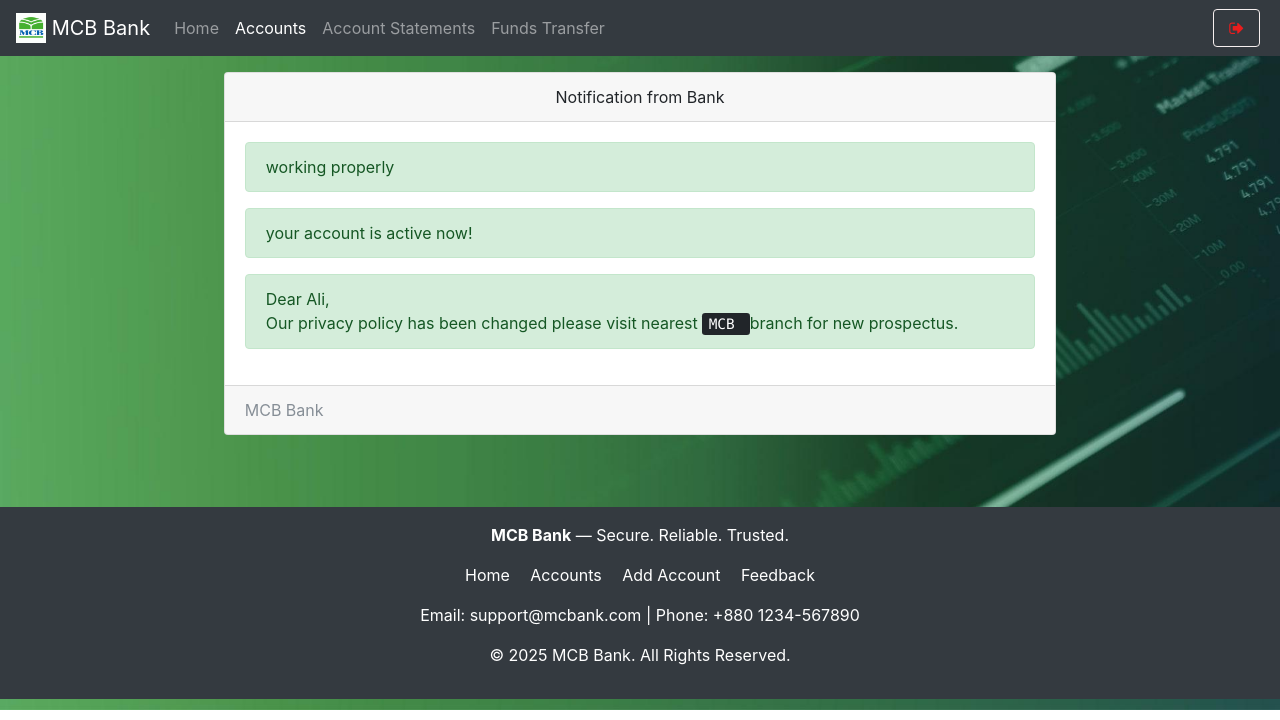
Repository: mhbshimla/my-bank
Page: http://localhost/notice.php
These files come from the project's save history. The page is drawn as it stood at one moment and after the next save; the edit follows.
The browser window is 1280 px wide. The pictures show the whole page.
The page is run by PHP 8.4 with error messages shown; the project is at /var/www/html/. The session is filled in as if someone had signed in: {"userId": 2, "user": {"id": 2, "email": "some2@gmail.com", "name": "Ali khan", "balance": 56000, "nid": "3210375555343", "number": "03356910260", "city": "Islamabad", "address": "Some where in isb", "source": "Programmer", "accountNo": 10054777, "branch": 1, "accountType": "Saving", "date": "2017-12-14 04:50:06"}, "cashId": 2, "managerId": 2}. Other server files are loaded and not shown. The database holds what the project's SQL file puts in it.

Above is the page before, as saved 2025-10-13 21:20:03.

### notice.php
<?php
session_start();
if(!isset($_SESSION['userId'])){ header('location:login.php');}
?>
<!DOCTYPE html>
<html>
<head>
  <title>Banking</title>
  <?php require 'assets/autoloader.php'; ?>
  <?php require 'assets/db.php'; ?>
  <?php require 'assets/function.php'; ?>
</head>
<body style="background: url('images/mdashboard-bg.jpg') no-repeat center center; background-size: cover;">
<nav class="navbar navbar-expand-lg navbar-dark bg-dark fixed-top">
 <a class="navbar-brand" href="#">
    <img src="images/logo.png" width="30" height="30" class="d-inline-block align-top" alt="">
   <!--  <i class="d-inline-block  fa fa-building fa-fw"></i> --><?php echo bankName; ?>
  </a>
  <button class="navbar-toggler" type="button" data-toggle="collapse" data-target="#navbarSupportedContent" aria-controls="navbarSupportedContent" aria-expanded="false" aria-label="Toggle navigation">
    <span class="navbar-toggler-icon"></span>
  </button>

  <div class="collapse navbar-collapse" id="navbarSupportedContent">
    <ul class="navbar-nav mr-auto">
      <li class="nav-item ">
        <a class="nav-link " href="index.php">Home <span class="sr-only">(current)</span></a>
      </li>
      <li class="nav-item active ">  <a class="nav-link" href="accounts.php">Accounts</a></li>
      <li class="nav-item ">  <a class="nav-link" href="statements.php">Account Statements</a></li>
      <li class="nav-item ">  <a class="nav-link" href="transfer.php">Funds Transfer</a></li>
      <!-- <li class="nav-item ">  <a class="nav-link" href="profile.php">Profile</a></li> -->


    </ul>
    <?php include 'sideButton.php'; ?>

  </div>
</nav><br><br><br>
<div class="container">
  <div class="card  w-75 mx-auto">
  <div class="card-header text-center">
    Notification from Bank
  </div>
  <div class="card-body">
    <?php
      $array = $con->query("select * from notice where userId = '$_SESSION[userId]' order by date desc");
      if ($array->num_rows > 0)
      {
        while ($row = $array->fetch_assoc())
        {
          echo "<div class='alert alert-success'>$row[notice]</div>";
        }
      }
      else
        echo "<div class='alert alert-info'>Notice box empty</div>";
     ?>
  </div>
  <div class="card-footer text-muted">
   <?php echo bankName ?>
  </div>
</div>
</div> <br> <br> <br>

<footer class="bg-dark text-white text-center py-3 mt-auto">
  <div class="container">
    <p><strong>MCB Bank</strong> — Secure. Reliable. Trusted.</p>
    <p>
      <a href="mindex.php" class="text-white mx-2">Home</a>
      <a href="maccounts.php" class="text-white mx-2">Accounts</a>
      <a href="maddnew.php" class="text-white mx-2">Add Account</a>
      <a href="mfeedback.php" class="text-white mx-2">Feedback</a>
    </p>
    <p>Email: support@mcbank.com | Phone: +880 1234-567890</p>
    <p>&copy; <?php echo date("Y"); ?> MCB Bank. All Rights Reserved.</p>
  </div>
</footer>
</body>
</html>

### assets/autoloader.php

<link rel="stylesheet" type="text/css" href="css/bootstrap.min.css">
<link rel="stylesheet" type="text/css" href="css/custom.css">
<link rel="stylesheet" type="text/css" href="font-awesome/css/font-awesome.min.css">
<script src='js/jquery-3.2.1.min.js'></script>
<script src='js/popper.min.js'></script>
<script src='js/bootstrap.min.js'></script>

### assets/db.php
<?php
if (session_status() === PHP_SESSION_NONE) {
    session_start();
}

// ✅ Auto-switch between localhost and InfinityFree
if (in_array($_SERVER['SERVER_NAME'], ['localhost', '127.0.0.1'])) {
    // Localhost (XAMPP/WAMP)
    $con = new mysqli('localhost', 'root', '', 'mybank');
} else {
    // InfinityFree (Live Hosting)
    $con = new mysqli('sql100.infinityfree.com', 'if0_40476525', 'banK12345', 'if0_40476525_mybank');
}

// ✅ Connection check
if ($con->connect_error) {
    die("Database connection failed: " . $con->connect_error);
}

// ✅ Bank name constant
define('bankName', 'MCB Bank');

// ✅ Fetch user data safely if logged in
$userData = null;
if (isset($_SESSION['userId'])) {
    $stmt = $con->prepare("
        SELECT *
        FROM userAccounts
        JOIN branch ON userAccounts.branch = branch.branchId
        WHERE userAccounts.id = ?
    ");
    if ($stmt) {
        $stmt->bind_param("i", $_SESSION['userId']);
        $stmt->execute();
        $result   = $stmt->get_result();
        $userData = $result->fetch_assoc();
        $stmt->close();
    }
}
?>
<!-- Tooltip initialization -->
<script type="text/javascript">
$(function () {
  $('[data-toggle="tooltip"]').tooltip();
});
</script>

### assets/function.php
<?php
function setBalance($amount,$process,$accountNo)
{
	$con = new mysqli('localhost','root','','mybank');
	$array = $con->query("select * from userAccounts where accountNo='$accountNo'");
	$row = $array->fetch_assoc();
	if ($process == 'credit')
	{
		$balance = $row['balance'] + $amount;
		return $con->query("update userAccounts set balance = '$balance' where accountNo = '$accountNo'");
	}else
	{
		$balance = $row['balance'] - $amount;
		return $con->query("update userAccounts set balance = '$balance' where accountNo = '$accountNo'");
	}
}
function setOtherBalance($amount,$process,$accountNo)
{
	$con = new mysqli('localhost','root','','mybank');
	$array = $con->query("select * from otheraccounts where accountNo='$accountNo'");
	$row = $array->fetch_assoc();
	if ($process == 'credit')
	{
		$balance = $row['balance'] + $amount;
		return $con->query("update otheraccounts set balance = '$balance' where accountNo = '$accountNo'");
	}else
	{
		$balance = $row['balance'] - $amount;
		return $con->query("update otheraccounts set balance = '$balance' where accountNo = '$accountNo'");
	}
}
function makeTransaction($action,$amount,$other)
{
	$con = new mysqli('localhost','root','','mybank');
	if ($action == 'transfer')
	{
		return $con->query("insert into transaction (action,debit,other,userId) values ('transfer','$amount','$other','$_SESSION[userId]')");
	}
	if ($action == 'withdraw')
	{
		return $con->query("insert into transaction (action,debit,other,userId) values ('withdraw','$amount','$other','$_SESSION[userId]')");

	}
	if ($action == 'deposit')
	{
		return $con->query("insert into transaction (action,credit,other,userId) values ('deposit','$amount','$other','$_SESSION[userId]')");

	}
}
function makeTransactionCashier($action,$amount,$other,$userId)
{
	$con = new mysqli('localhost','root','','mybank');
	if ($action == 'transfer')
	{
		return $con->query("insert into transaction (action,debit,other,userId) values ('transfer','$amount','$other','$userId')");
	}
	if ($action == 'withdraw')
	{
		return $con->query("insert into transaction (action,debit,other,userId) values ('withdraw','$amount','$other','$userId')");

	}
	if ($action == 'deposit')
	{
		return $con->query("insert into transaction (action,credit,other,userId) values ('deposit','$amount','$other','$userId')");

	}
}
 ?>

### sideButton.php
<form class="form-inline my-2 my-lg-0">
        <!-- <a href="" class="btn btn-outline-success" data-toggle="tooltip" title="Your current Account Balance">Acount Balance : Rs.<?php echo $userData['balance']; ?></a>
        <a href="accounts.php" data-toggle="tooltip" title="Account Summary" class="btn btn-outline-primary mx-1" ><i class="fa fa-book fa-fw"></i></a>
        <a href="notice.php" data-toggle="tooltip" title="View Notice" class="btn btn-outline-primary mx-1" ><i class="fa fa-envelope fa-fw"></i></a>
        <a href="feedback.php" data-toggle="tooltip" title="Help?" class="btn btn-outline-info mx-1" ><i class="fa fa-question fa-fw"></i></a>-->
        <a href="logout.php" data-toggle="tooltip" title="Logout" class="btn btn-outline-danger mx-1" ><i class="fa fa-sign-out fa-fw"></i></a>
        <style>
.btn-outline-danger {
  color: #e91d1dff;
  border-color: #f6efefff;
  transition: all 0.3s ease;
}

.btn-outline-danger:hover {
  background-color: #e91d1dff;
  color: white;
  box-shadow: 0 0 10px rgba(96, 105, 26, 0.6);
}
</style>

</form>

### css/custom.css
.omit1{background: rgba(0,0,0,0.1);}
.omit2{background: rgba(0,0,0,0.2);}
.omit3{background: rgba(0,0,0,0.3);}
.omit4{background: rgba(0,0,0,0.4);}
.omit5{background: rgba(0,0,0,0.5);}
.omit6{background: rgba(0,0,0,0.6);}
.omit7{background: rgba(0,0,0,0.7);}
.omit8{background: rgba(0,0,0,0.8);}
.omit9{background: rgba(0,0,0,0.9);}

.shadowBlack{box-shadow: 2px 2px 11px black}
.shadowGreen{box-shadow: 2px 2px 11px green}
.shadowBlue{box-shadow: 2px 2px 11px blue}
.shadowWhite{box-shadow: 2px 2px 11px white}

### Database/mybank (1).sql (the tables this page reads)
CREATE TABLE `branch` (
  `branchId` int(11) NOT NULL,
  `branchNo` varchar(111) NOT NULL,
  `branchName` varchar(111) NOT NULL
) ENGINE=InnoDB DEFAULT CHARSET=latin1 COLLATE=latin1_swedish_ci;

INSERT INTO `branch` (`branchId`, `branchNo`, `branchName`) VALUES
(1, '100101', 'Dhaka'),
(2, '100102', 'Sylhet');

ALTER TABLE `branch`
  ADD PRIMARY KEY (`branchId`);

ALTER TABLE `branch`
  MODIFY `branchId` int(11) NOT NULL AUTO_INCREMENT, AUTO_INCREMENT=3;

CREATE TABLE `notice` (
  `id` int(11) NOT NULL,
  `userId` varchar(111) NOT NULL,
  `notice` text NOT NULL,
  `date` timestamp NOT NULL DEFAULT current_timestamp()
) ENGINE=InnoDB DEFAULT CHARSET=latin1 COLLATE=latin1_swedish_ci;

INSERT INTO `notice` (`id`, `userId`, `notice`, `date`) VALUES
(1, '1', 'Dear Customer! <br> OUr privacy policy is changed for account information get new prospectus from your nearest branch', '2017-12-14 13:11:46'),
(6, '2', 'Dear Ali,<br>\r\nOur privacy policy has been changed please visit nearest <kbd> MCB </kbd> branch for new prospectus.', '2017-12-16 06:29:23'),
(7, '8', 'you account created successfully!', '2025-08-17 15:57:42'),
(8, '9', 'your account created successfully!', '2025-08-17 16:00:32'),
(9, '6', 'hey your account in safe!', '2025-10-13 14:19:19'),
(10, '11', 'your account has been created successfully!', '2025-10-13 14:25:32'),
(11, '12', 'thanks for your patience', '2025-10-14 04:37:35'),
(12, '2', 'your account is active now!', '2025-10-19 07:40:42'),
(13, '10', 'can you get my message', '2025-10-27 17:14:26'),
(14, '2', 'working properly', '2025-10-27 17:15:58'),
(15, '13', 'Your account has been created successfully! Thanks for your patience. Wish you a happy and safe banking!', '2025-11-08 14:30:00'),
(16, '13', 'Happy Banking!', '2025-11-17 14:48:58');

ALTER TABLE `notice`
  ADD PRIMARY KEY (`id`);

ALTER TABLE `notice`
  MODIFY `id` int(11) NOT NULL AUTO_INCREMENT, AUTO_INCREMENT=17;

CREATE TABLE `useraccounts` (
  `id` int(11) NOT NULL,
  `email` text NOT NULL,
  `password` text NOT NULL,
  `name` varchar(111) NOT NULL,
  `balance` varchar(111) NOT NULL,
  `nid` varchar(111) NOT NULL,
  `number` varchar(111) NOT NULL,
  `city` varchar(111) NOT NULL,
  `address` varchar(111) NOT NULL,
  `source` varchar(111) NOT NULL,
  `accountNo` varchar(111) NOT NULL,
  `branch` varchar(111) NOT NULL,
  `accountType` varchar(111) NOT NULL,
  `date` timestamp NOT NULL DEFAULT current_timestamp()
) ENGINE=InnoDB DEFAULT CHARSET=latin1 COLLATE=latin1_swedish_ci;

INSERT INTO `useraccounts` (`id`, `email`, `password`, `name`, `balance`, `nid`, `number`, `city`, `address`, `source`, `accountNo`, `branch`, `accountType`, `date`) VALUES
(2, 'some2@gmail.com', 'some2', 'Ali khan', '56000', '3210375555343', '03356910260', 'Islamabad', 'Some where in isb', 'Programmer', '10054777', '1', 'Saving', '2017-12-14 04:50:06'),
(6, 'realx4rd@gmail.com', 'afsdfasd', 'Fayyaz Khan', '234234', '3240338834902', '03356910260', 'Taunsa', 'Dera Ghazi Khan', 'Govt. job', '1513410739', '1', 'saving', '2017-12-16 07:52:40'),
(7, 'realx4rd@gmail.com', 'safsadf', 'Fayyaz Khan', '12121', '3240338834902', '03356910260', 'Taunsa', 'Dera Ghazi Khan', 'Govt. job', '1513410837', '1', 'current', '2017-12-16 07:54:18'),
(8, 'uracc@gmail.com', 'uracc', 'uracc', '500', '1', '01890040951', 'sylhet', 'south surma,sylhet', 'business', '1755446085', '1', 'current', '2025-08-17 15:56:42'),
(10, 'sjahan@gmail.com', 'sjahan', 'shuborna', '9993565', '1', '01562536474', 'dhaka', 'north south surma', 'business', '1757345500', '2', 'saving', '2025-09-08 15:35:00'),
(11, 'ayana10@gmail.com', 'ayana10', 'Ayana Hussain', '13000000', '205364253', '01853462422', 'sylhet', 'south surma,sylhet', 'business', '1760365343', '2', 'saving', '2025-10-13 14:24:20'),
(12, 'shimla09@gmail.com', 'shimla09', 'shimla', '14390244', '4235345666', '01853524345', 'sylhet', 'south surma,sylhet', 'job', '1760416459', '1', 'current', '2025-10-14 04:36:47'),
(13, 'arib05@gmail.com', 'arib05', 'arib', '2476544', '1234414302', '01804414302', 'Sylhet', 'South Surma, Sylhet-3100', 'business', '1762611572', '2', 'saving', '2025-11-08 14:22:38');

ALTER TABLE `useraccounts`
  ADD PRIMARY KEY (`id`);

ALTER TABLE `useraccounts`
  MODIFY `id` int(11) NOT NULL AUTO_INCREMENT, AUTO_INCREMENT=14;

Loaded but not shown: css/bootstrap.min.css (library); font-awesome/css/font-awesome.min.css (library); js/jquery-3.2.1.min.js (library); js/popper.min.js (library); js/bootstrap.min.js (library)

After the next save:
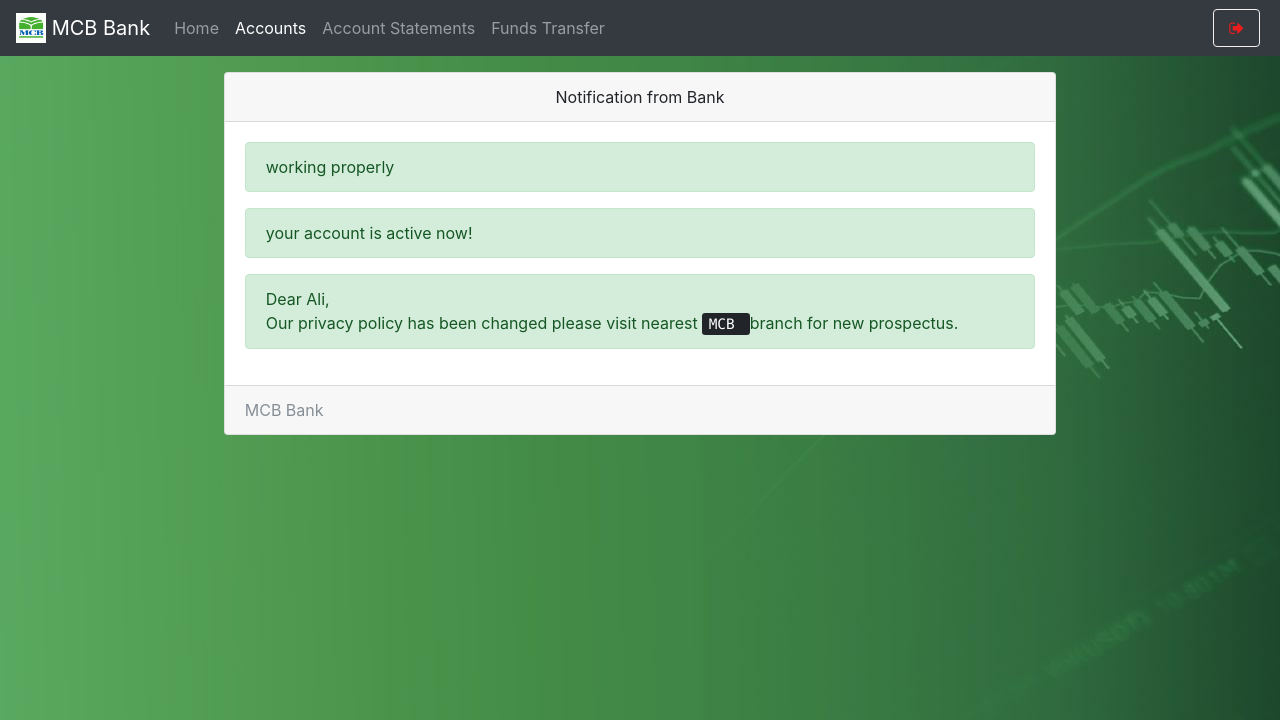
Saved 3 min 9 s later.
--- a/notice.php
+++ b/notice.php
@@ -10,7 +10,8 @@
   <?php require 'assets/db.php'; ?>
   <?php require 'assets/function.php'; ?>
 </head>
-<body style="background: url('images/mdashboard-bg.jpg') no-repeat center center; background-size: cover;">
+<!-- <body style="background: url('images/mdashboard-bg.jpg') no-repeat center center; background-size: cover;"> -->
+    <body class="min-h-screen bg-cover bg-center bg-no-repeat" style="background-image: url('images/mdashboard-bg.jpg');">
 <nav class="navbar navbar-expand-lg navbar-dark bg-dark fixed-top">
  <a class="navbar-brand" href="#">
     <img src="images/logo.png" width="30" height="30" class="d-inline-block align-top" alt="">
@@ -61,7 +62,7 @@
 </div>
 </div> <br> <br> <br>
 
-<footer class="bg-dark text-white text-center py-3 mt-auto">
+<!-- <footer class="bg-dark text-white text-center py-3 mt-auto">
   <div class="container">
     <p><strong>MCB Bank</strong> — Secure. Reliable. Trusted.</p>
     <p>
@@ -73,6 +74,6 @@
     <p>Email: support@mcbank.com | Phone: +880 1234-567890</p>
     <p>&copy; <?php echo date("Y"); ?> MCB Bank. All Rights Reserved.</p>
   </div>
-</footer>
+</footer> -->
 </body>
 </html>
